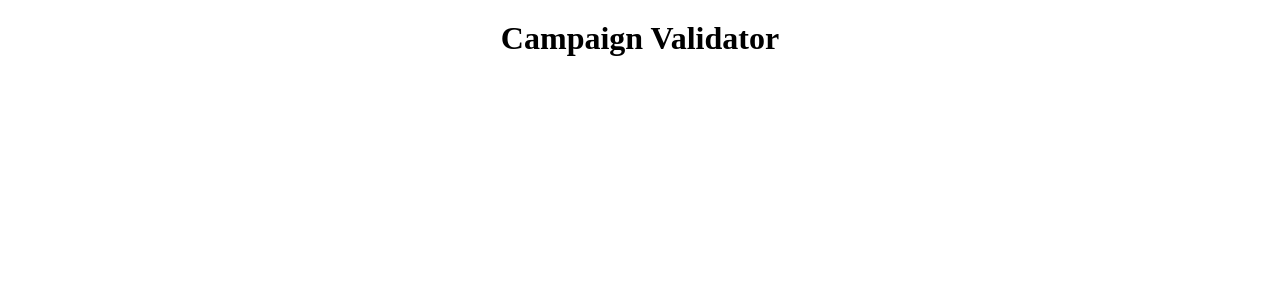
Repository: AbApin/project
Page: / (app in frontend/)
An editor plug-in stored every save of this project. The page is shown before and after the next save, followed by the edit.
The browser window is 1280 px wide. The pictures show the whole page.
The project was rebuilt for these pictures with package versions that can differ from the ones it lists, and the page was loaded fresh each time. Also part of the build but not shown: frontend/vue.config.js.

Above is the page before, as saved 2023-02-21 15:12:34.

### frontend/src/App.vue
<template>
  <div id="app">
    <h1 class="appTitle">Campaign Validator</h1>
  </div>
</template>

<script>
export default {
  name: 'App',
  mounted() {},
};
</script>

<style>
* {
  margin: 0;
  padding: 0;
  box-sizing: 0;
}
#app{
  display: flex;
  align-items: center;
  justify-content: center;
  padding: 20px;
}
.appTitle{
  fo
}
</style>

Loaded but not shown: frontend/public/index.html (common file); frontend/src/main.js (common file)

After the next save:
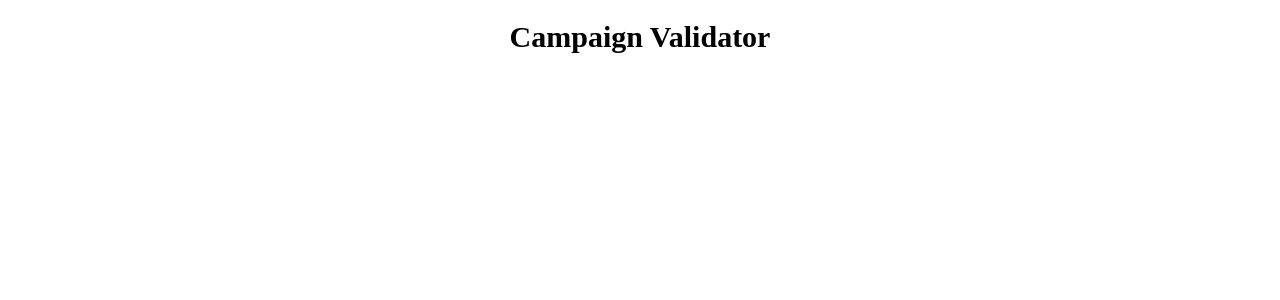
Saved 5 s later.
--- a/frontend/src/App.vue
+++ b/frontend/src/App.vue
@@ -24,6 +24,6 @@ export default {
   padding: 20px;
 }
 .appTitle{
-  fo
+  font-size: 30px;
 }
 </style>
